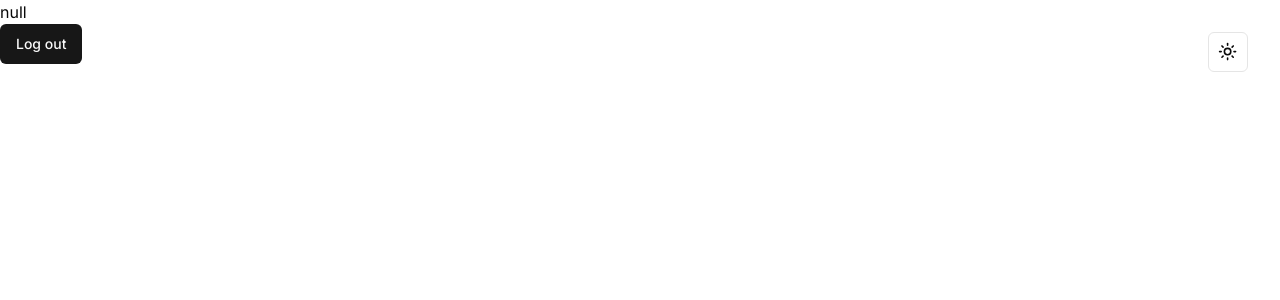
Repository: nickgoel31/authentication-toolkit
Page: /dashboard
The author's editor kept a copy of each file at every save. The page is drawn from the files as they stood at one save, then again after the next save.
The browser window is 1280 px wide. The pictures show the whole page.
The page's requests for data from a server got no answer. The project was rebuilt for these pictures with package versions that can differ from the ones it lists, and the page was loaded fresh each time. The framework's server and built-in components were replaced by stand-ins that run in the browser. No one was signed in, and anything a server would have sent is missing. Also part of the build but not shown: next.config.mjs.

Above is the page before, as saved 2024-02-05 00:22:20.

After the next save:
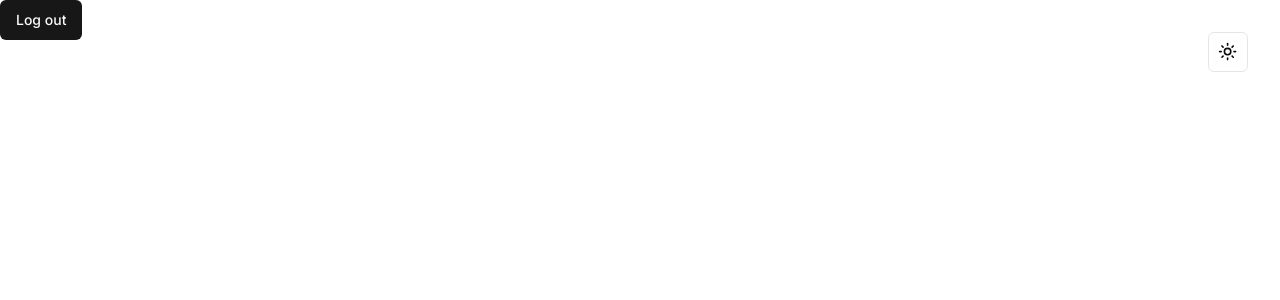
Saved 116 s later.
--- a/app/(protected)/dashboard/page.tsx
+++ b/app/(protected)/dashboard/page.tsx
@@ -8,7 +8,6 @@ const DashboardPage = async () => {
 
   return (
     <div>
-      {JSON.stringify(session)}
       <form action={async () => {
         "use server"
 
